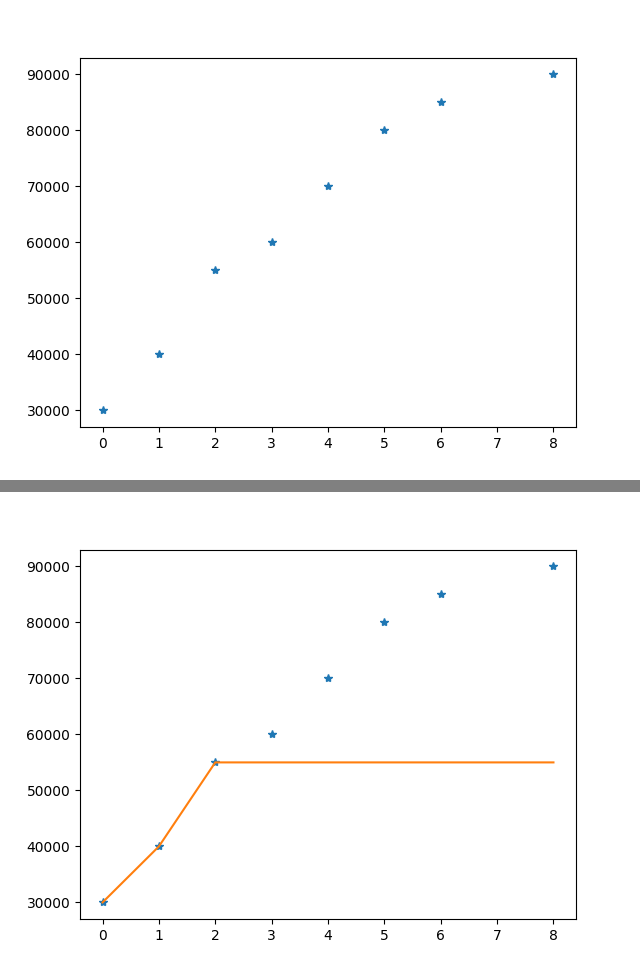
Repository: AbolfazlDargi/The-EXTENT-of-the-impact-of-rights
Script's output: python main.py
An editor plug-in stored every save of this project. The script's output is shown before and after the next save, followed by the edit.
Each picture stacks the figures in order, with grey between them; figures that are only written to a file come last. Random numbers start from a fixed seed.

Above is the script's output before, as saved 2025-12-10 21:00:43.

After the next save:
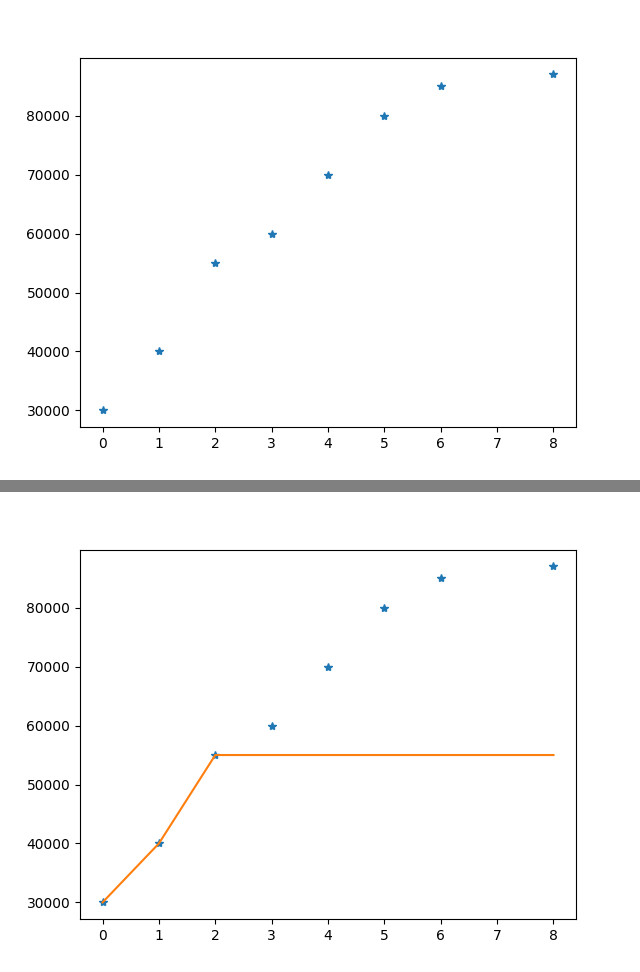
Saved 8 s later.
--- a/main.py
+++ b/main.py
@@ -3,7 +3,7 @@ import numpy as np
 from sklearn.tree import DecisionTreeClassifier
 
 years_of_experience = np.array([0,1, 2, 3, 4, 5, 6, 8]).reshape(-1,1)
-years_salieser = np.array([30000, 40000, 55000, 60000, 70000, 80000, 85000, 90000])
+years_salieser = np.array([30000, 40000, 55000, 60000, 70000, 80000, 85000, 87000])
 
 plt.plot(years_of_experience, years_salieser, '*')
 plt.show()
